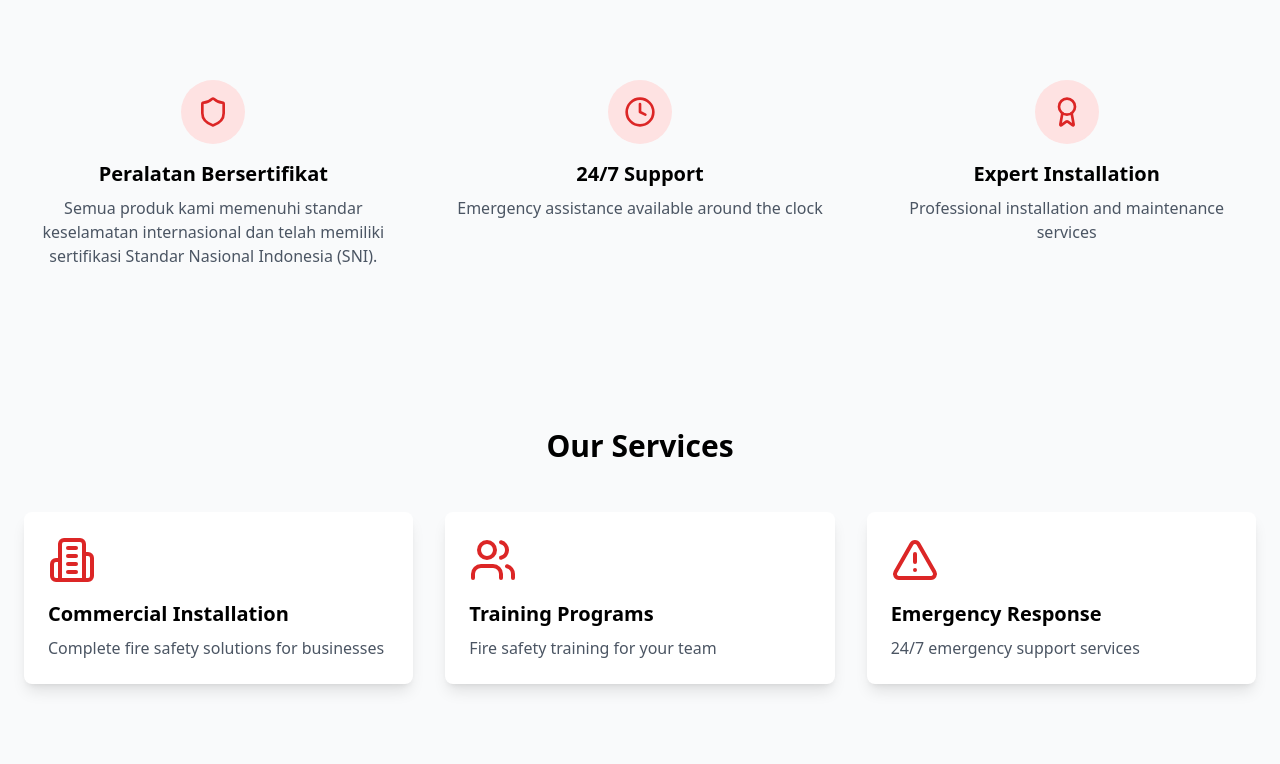
Repository: matrixmas/matrixmas.github.io
Page: /
The author's editor kept a copy of each file at every save. The page is drawn from the files as they stood at one save, then again after a run of saves.
The browser window is 1280 px wide. The pictures show the part of the page from y = 600 to 1364 px (the page is 1364 px tall).
The project was rebuilt for these pictures with package versions that can differ from the ones it lists, and the page was loaded fresh each time. Also part of the build but not shown: vite.config.ts, src/components/Header.tsx, src/pages/Products.tsx, src/pages/ProductDetail.tsx, src/pages/About.tsx, src/pages/Contact.tsx.

Above is the page before, as saved 2025-02-04 13:25:30.

### index.html
<!doctype html>
<html lang="en">
  <head>
    <meta charset="UTF-8" />
    <link rel="icon" type="image/svg+xml" href="/vite.svg" />
    <meta name="viewport" content="width=device-width, initial-scale=1.0" />
    <title>Matrix Fire Extinguisher</title>
  </head>
  <body>
    <div id="root"></div>
    <script type="module" src="/src/main.tsx"></script>
  </body>
</html>

### src/App.tsx
import React from 'react';
import { BrowserRouter as Router, Routes, Route } from 'react-router-dom';
import Home from './pages/Home';
import Products from './pages/Products';
import ProductDetail from './pages/ProductDetail';
import About from './pages/About';
import Contact from './pages/Contact';

function App() {
  return (
    <Router>
      <Routes>
        <Route path="/" element={<Home />} />
        <Route path="/products" element={<Products />} />
        <Route path="/products/:id" element={<ProductDetail />} />
        <Route path="/about" element={<About />} />
        <Route path="/contact" element={<Contact />} />
      </Routes>
    </Router>
  );
}

export default App;

### src/pages/Home.tsx
import React from 'react';
import { Shield, Phone, ShoppingCart, Award, Clock, AlertTriangle, FireExtinguisher, Building2, Users } from 'lucide-react';
import { Link } from 'react-router-dom';
import Navbar from '../components/Navbar';

export default function Home() {
  return (
    <div className="min-h-screen bg-white">
      {/* Hero Section */}
      <header className="relative h-[600px]">
        <div className="absolute inset-0 bg-black/50 z-10" />
        <img
          src="https://static.wixstatic.com/media/60950c08c94d45479365133f9df72605.jpg/v1/fill/w_2577,h_1183,al_c,q_90,enc_avif,quality_auto/60950c08c94d45479365133f9df72605.jpg"
          alt="Fire Safety Equipment"
          className="absolute inset-0 w-full h-full object-cover"
        />
        <Navbar />
        <div className="relative z-20 container mx-auto px-6 pt-32">
          <h1 className="text-5xl font-bold text-white mb-6">Jual Alat Pemadam Api Berkualitas dan Ramah Lingkungan di Surabaya</h1>
          <p className="text-xl text-gray-200 mb-8 max-w-2xl">Cari alat pemadam api yang murah namun berkualitas? Matrix Fire Extinguisher hadir dengan pilihan produk alat pemadam api dan peralatan safety lainnya yang ramah lingkungan dan terjangkau. Kami menawarkan solusi terbaik untuk perorangan maupun bisnis, dengan layanan di Surabaya. Hubungi kami untuk mendapatkan produk berkualitas dengan harga kompetitif!</p>
          <div className="flex space-x-4">
            <Link to="/products" className="bg-red-600 text-white px-8 py-3 rounded-lg hover:bg-red-700 flex items-center space-x-2">
              <ShoppingCart className="h-5 w-5" />
              <span>Products</span>
            </Link>
            <Link to="/contact" className="bg-white text-red-600 px-8 py-3 rounded-lg hover:bg-gray-100 flex items-center space-x-2">
              <Phone className="h-5 w-5" />
              <span>Contact Sales</span>
            </Link>
          </div>
        </div>
      </header>

      {/* Features Section */}
      <section className="py-20 bg-gray-50">
        <div className="container mx-auto px-6">
          <div className="grid grid-cols-1 md:grid-cols-3 gap-12">
            <div className="flex flex-col items-center text-center">
              <div className="bg-red-100 p-4 rounded-full mb-4">
                <Shield className="h-8 w-8 text-red-600" />
              </div>
              <h3 className="text-xl font-semibold mb-2">Peralatan Bersertifikat</h3>
              <p className="text-gray-600">Semua produk kami memenuhi standar keselamatan internasional dan telah memiliki sertifikasi Standar Nasional Indonesia (SNI).</p>
            </div>
            <div className="flex flex-col items-center text-center">
              <div className="bg-red-100 p-4 rounded-full mb-4">
                <Clock className="h-8 w-8 text-red-600" />
              </div>
              <h3 className="text-xl font-semibold mb-2">24/7 Support</h3>
              <p className="text-gray-600">Emergency assistance available around the clock</p>
            </div>
            <div className="flex flex-col items-center text-center">
              <div className="bg-red-100 p-4 rounded-full mb-4">
                <Award className="h-8 w-8 text-red-600" />
              </div>
              <h3 className="text-xl font-semibold mb-2">Expert Installation</h3>
              <p className="text-gray-600">Professional installation and maintenance services</p>
            </div>
          </div>
        </div>
      </section>

      {/* Services Section */}
      <section className="py-20 bg-gray-50">
        <div className="container mx-auto px-6">
          <h2 className="text-3xl font-bold text-center mb-12">Our Services</h2>
          <div className="grid grid-cols-1 md:grid-cols-3 gap-8">
            <div className="bg-white p-6 rounded-lg shadow-lg">
              <Building2 className="h-12 w-12 text-red-600 mb-4" />
              <h3 className="text-xl font-semibold mb-2">Commercial Installation</h3>
              <p className="text-gray-600">Complete fire safety solutions for businesses</p>
            </div>
            <div className="bg-white p-6 rounded-lg shadow-lg">
              <Users className="h-12 w-12 text-red-600 mb-4" />
              <h3 className="text-xl font-semibold mb-2">Training Programs</h3>
              <p className="text-gray-600">Fire safety training for your team</p>
            </div>
            <div className="bg-white p-6 rounded-lg shadow-lg">
              <AlertTriangle className="h-12 w-12 text-red-600 mb-4" />
              <h3 className="text-xl font-semibold mb-2">Emergency Response</h3>
              <p className="text-gray-600">24/7 emergency support services</p>
            </div>
          </div>
        </div>
      </section>
    </div>
  );
}

### src/components/Navbar.tsx
import React from 'react';
import { Link } from 'react-router-dom';
import { FireExtinguisher, ShoppingCart } from 'lucide-react';

export default function Navbar() {
  return (
    <nav className="relative z-20 container mx-auto px-6 py-6 flex items-center justify-between">
      <Link to="/" className="flex items-center space-x-2 text-white">
        <FireExtinguisher className="h-8 w-8" />
        <span className="text-2xl font-bold">Matrix Mas</span>
      </Link>
      <div className="flex items-center space-x-8 text-white">
        <Link to="/products" className="hover:text-red-400">Products</Link>
        <Link to="/about" className="hover:text-red-400">About</Link>
        <Link to="/contact" className="hover:text-red-400">Contact</Link>
        <button className="flex items-center space-x-2 bg-red-600 px-4 py-2 rounded-lg hover:bg-red-700">
          <ShoppingCart className="h-5 w-5" />
          <span>Cart (0)</span>
        </button>
      </div>
    </nav>
  );
}

Loaded but not shown: src/main.tsx (common file); src/index.css (common file); tailwind.config.js (common file)

After the next 2 saves:
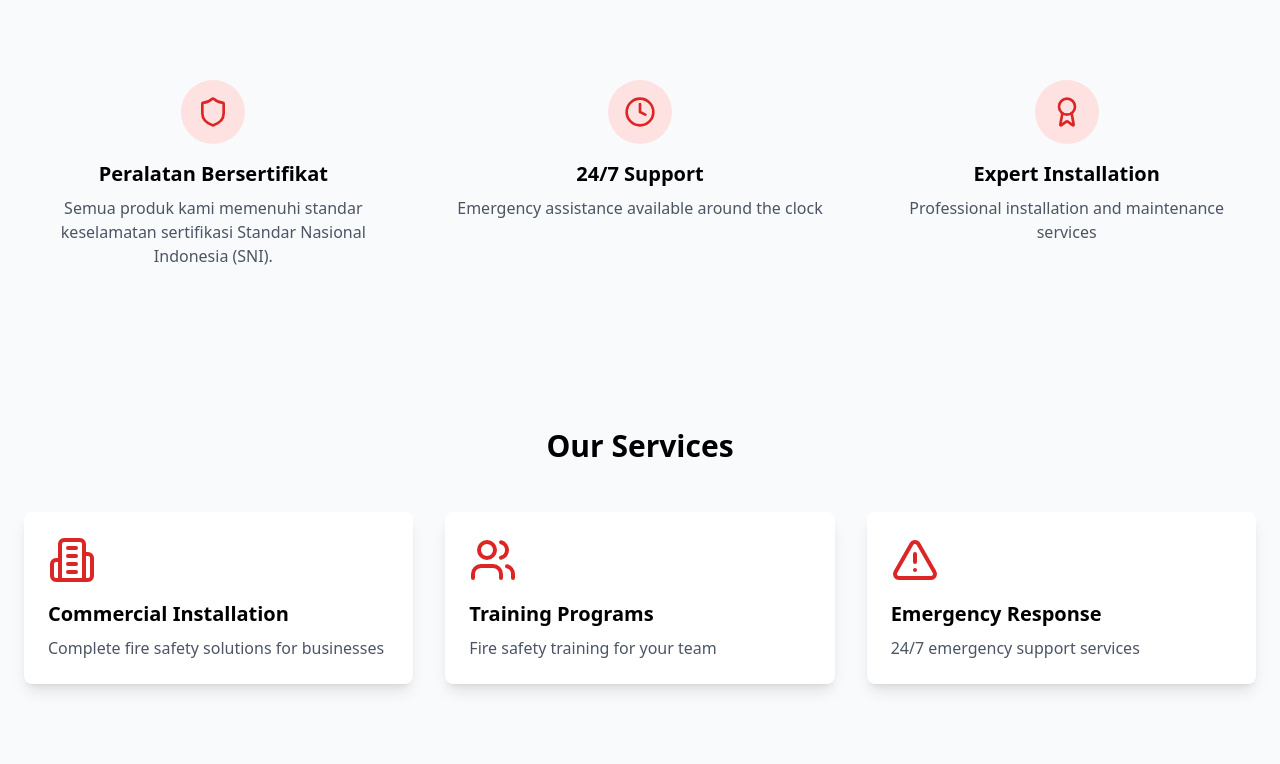
The 2 saves are shown as one change because they came seconds apart.
The last was saved 14 s later.
--- a/src/pages/Home.tsx
+++ b/src/pages/Home.tsx
@@ -40,7 +40,7 @@ export default function Home() {
                 <Shield className="h-8 w-8 text-red-600" />
               </div>
               <h3 className="text-xl font-semibold mb-2">Peralatan Bersertifikat</h3>
-              <p className="text-gray-600">Semua produk kami memenuhi standar keselamatan internasional dan telah memiliki sertifikasi Standar Nasional Indonesia (SNI).</p>
+              <p className="text-gray-600">Semua produk kami memenuhi standar keselamatan sertifikasi Standar Nasional Indonesia (SNI).</p>
             </div>
             <div className="flex flex-col items-center text-center">
               <div className="bg-red-100 p-4 rounded-full mb-4">
